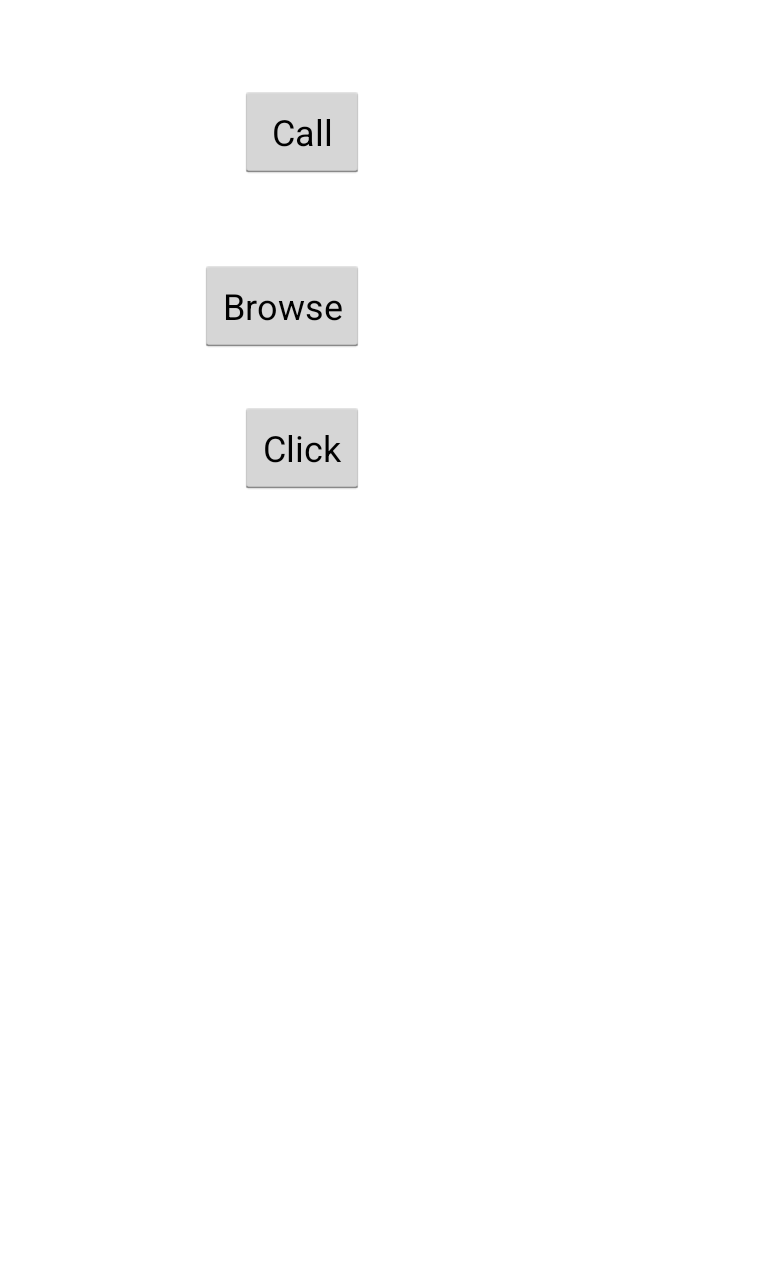
Repository: hellobodhisatwa/Programs1
Layout: MultiIntent/res/layout/activity_main.xml
An editor plug-in stored every save of this project. The layout is shown before and after the next save, followed by the edit.
It is drawn on a 768 x 1280 px phone screen (xhdpi) without system bars, with theme AppTheme; the app's code is not run.

Above is the layout before, as saved 2015-10-07 05:49:42.

### MultiIntent/res/layout/activity_main.xml
<RelativeLayout xmlns:android="http://schemas.android.com/apk/res/android"
    xmlns:tools="http://schemas.android.com/tools"
    android:layout_width="match_parent"
    android:layout_height="match_parent"
    android:paddingBottom="@dimen/activity_vertical_margin"
    android:paddingLeft="@dimen/activity_horizontal_margin"
    android:paddingRight="@dimen/activity_horizontal_margin"
    android:paddingTop="@dimen/activity_vertical_margin"
    tools:context=".MainActivity" >

    <Button
        android:id="@+id/buttonbrowse"
        android:layout_width="wrap_content"
        android:layout_height="wrap_content"
        android:layout_alignRight="@+id/buttoncall"
        android:layout_below="@+id/buttoncall"
        android:layout_marginTop="39dp"
        android:text="Browse" />

    <Button
        android:id="@+id/buttonclick"
        android:layout_width="wrap_content"
        android:layout_height="wrap_content"
        android:layout_alignRight="@+id/buttonbrowse"
        android:layout_below="@+id/buttonbrowse"
        android:layout_marginTop="23dp"
        android:text="Click" />

    <Button
        android:id="@+id/buttoncall"
        android:layout_width="wrap_content"
        android:layout_height="wrap_content"
        android:layout_alignParentLeft="true"
        android:layout_alignParentTop="true"
        android:layout_marginLeft="103dp"
        android:layout_marginTop="26dp"
        android:text="Call" />

</RelativeLayout>

Loaded but not shown: MultiIntent/res/values/styles.xml (common file); MultiIntent/res/values-v11/styles.xml (common file); MultiIntent/res/values-v14/styles.xml (common file); MultiIntent/res/values/dimens.xml (common file)

After the next save:
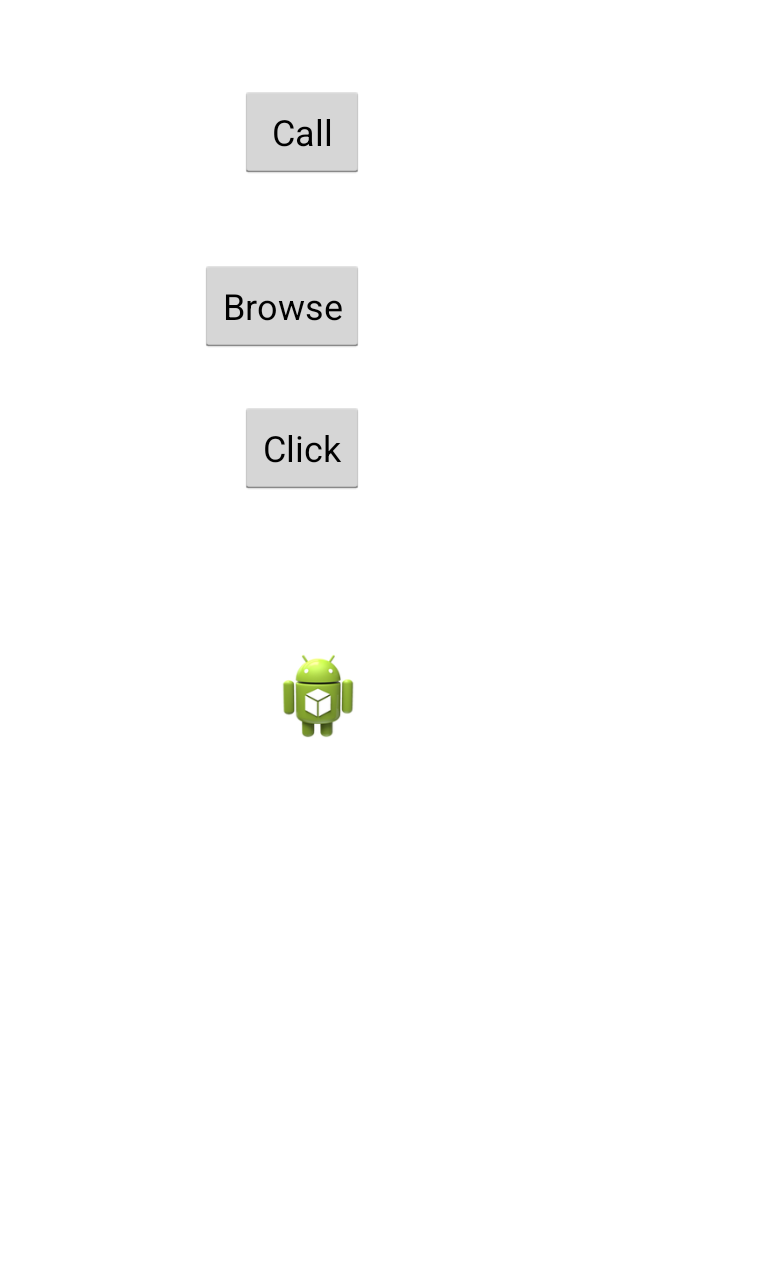
Saved 5 min 26 s later.
--- a/MultiIntent/res/layout/activity_main.xml
+++ b/MultiIntent/res/layout/activity_main.xml
@@ -36,4 +36,13 @@
         android:layout_marginTop="26dp"
         android:text="Call" />
 
+    <ImageView
+        android:id="@+id/imageView1"
+        android:layout_width="wrap_content"
+        android:layout_height="wrap_content"
+        android:layout_alignRight="@+id/buttonclick"
+        android:layout_below="@+id/buttonclick"
+        android:layout_marginTop="76dp"
+        android:src="@drawable/ic_launcher" />
+
 </RelativeLayout>
